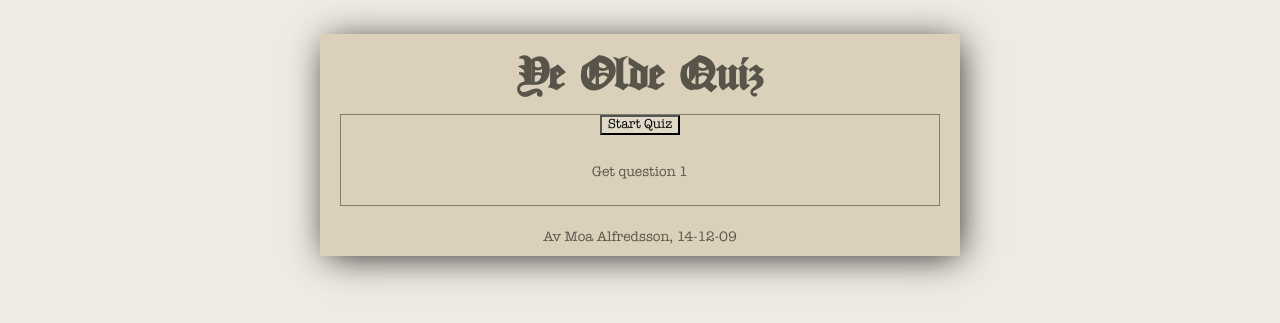
Repository: ma223md/1dv403-laborationer
Page: 4-thequiz/index.html
The author's editor kept a record of every edit. The page is drawn from the files as they stood at one moment, then again after the next edit.
The browser window is 1280 px wide. The pictures show the whole page.

Above is the page before.

After the next edit:
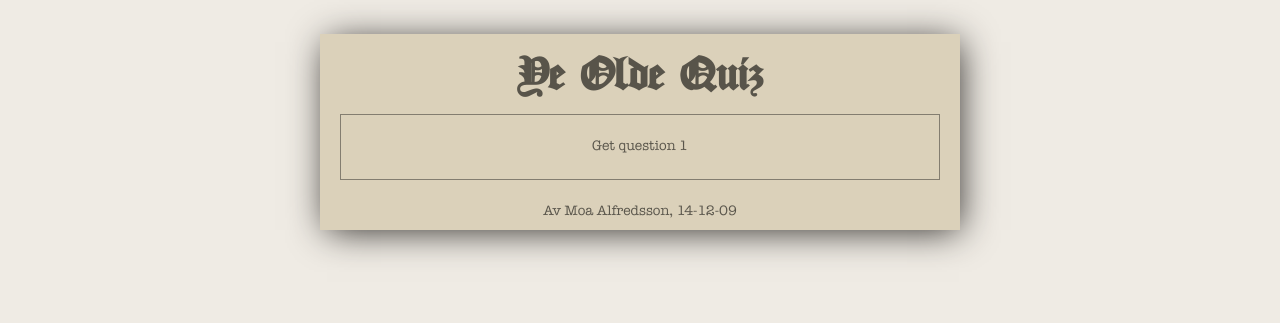
Console error: SyntaxError: Unexpected token '}'
The edit:
--- a/4-thequiz/js/quiz.js
+++ b/4-thequiz/js/quiz.js
@@ -1,22 +1,6 @@
 "use strict";
 
 window.onload = function(){
-    // get quizboard
-    var quizBoard = document.getElementById("quizarea"),
-    // create start page elements
-    startButton = document.createElement("input"),
-    welcomeText = document.createElement("p");
-
-    //set attributes for new elements
-    startButton.setAttribute("type", "button");
-    startButton.setAttribute("id", "startButton");
-    startButton.setAttribute("value", "Start Quiz");
-
-    // render new elements
-    quizBoard.appendChild(startButton);
-    welcomeText.innerHTML = "Welcome! This quiz will test your mind to it's utmost limits!";
-
-    startButton.onclick = function(){
         new Quiz();
     }
 

After the 4 edits that followed:
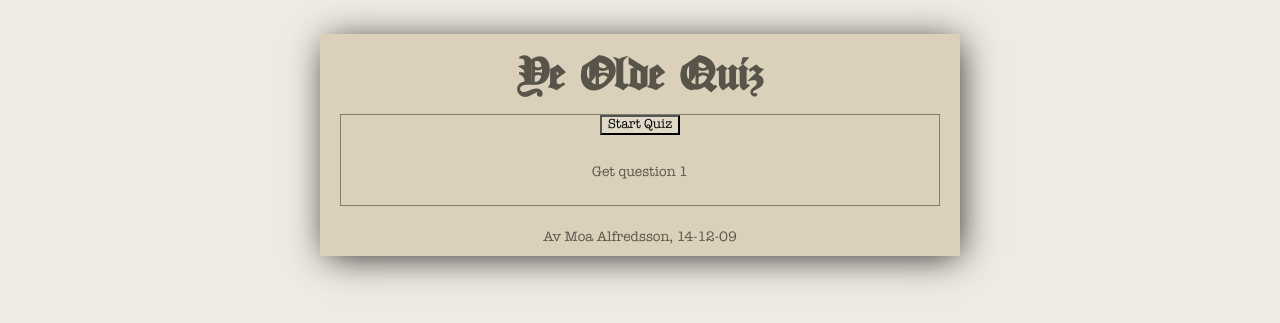
The error is gone.
The 4 edits are shown as one change because 3 left the picture as it was.
The edit:
--- a/4-thequiz/js/quiz.js
+++ b/4-thequiz/js/quiz.js
@@ -1,9 +1,4 @@
 "use strict";
-
-window.onload = function(){
-        new Quiz();
-    }
-
 
         //var quiz = new Quiz(); // create quiz when site is loaded
 
@@ -47,11 +42,25 @@
 
         // xhr.open("GET", "http://vhost3.lnu.se:20080/question/321")
         // xhr.send(null);
-};
 
 
 // create quiz
 function Quiz(){
+
+    // get quizboard
+    var quizBoard = document.getElementById("quizarea"),
+    // create start page elements
+    startButton = document.createElement("input"),
+    welcomeText = document.createElement("p");
+
+    //set attributes for new elements
+    startButton.setAttribute("type", "button");
+    startButton.setAttribute("id", "startButton");
+    startButton.setAttribute("value", "Start Quiz");
+
+    // render new elements
+    quizBoard.appendChild(startButton);
+    welcomeText.innerHTML = "Welcome! This quiz will test your mind to it's utmost limits!";
     //define variables
     var qArray = [];
 
@@ -108,3 +117,7 @@
         xhr.send(null);
     };
 };
+
+window.onload = function(){
+        new Quiz();
+    }
